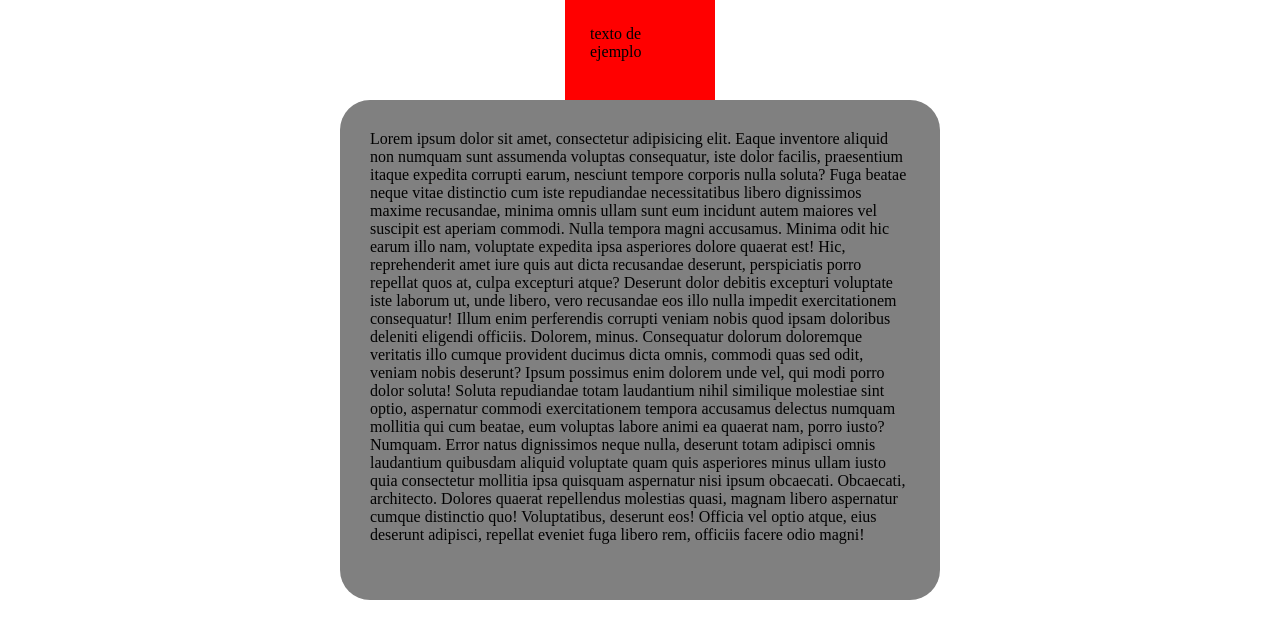
Repository: Daniel009980/daniel0099980
Page: desafio/index.html
These files come from the project's save history. The page is drawn as it stood at one moment and after the next save; the edit follows.
The browser window is 1280 px wide. The pictures show the whole page.

Above is the page before, as saved 2022-09-19 01:18:50.

After the next save:
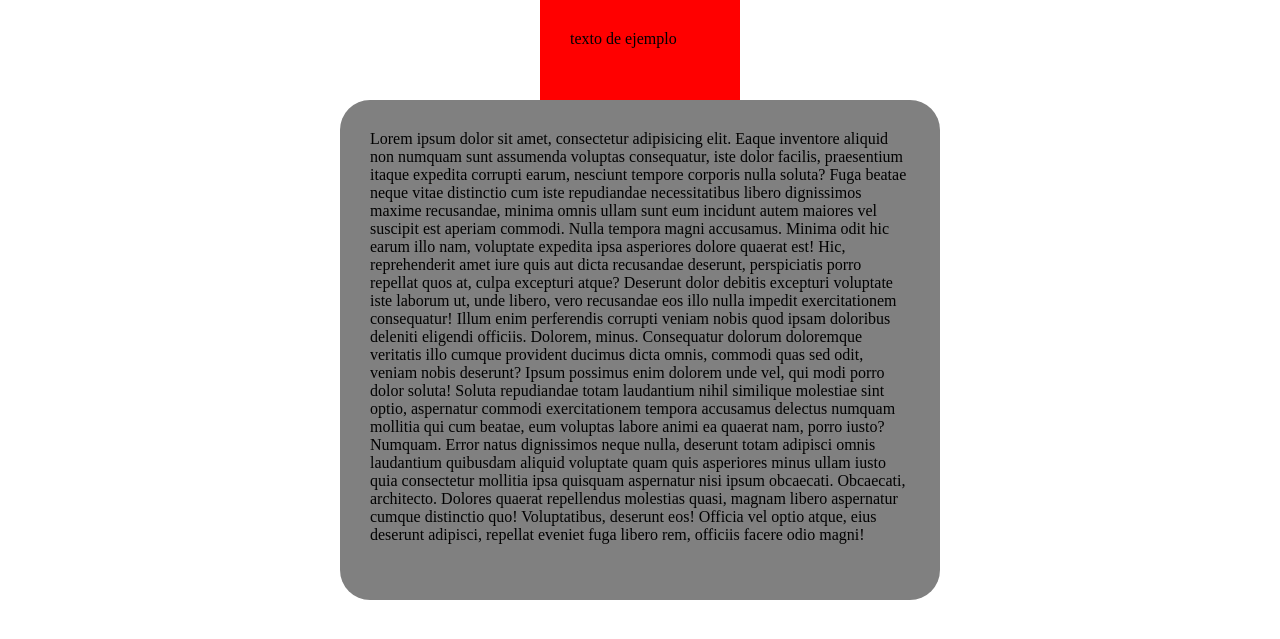
Saved 10 min 39 s later.
--- a/desafio/style.css
+++ b/desafio/style.css
@@ -6,9 +6,9 @@
 
 
 div{
-    padding: 25px;
+    padding: 30px;
     background-color: red;
-    width: 150px;
+    width: 200px;
     height: 100px;
     margin: 0 auto;
 }
